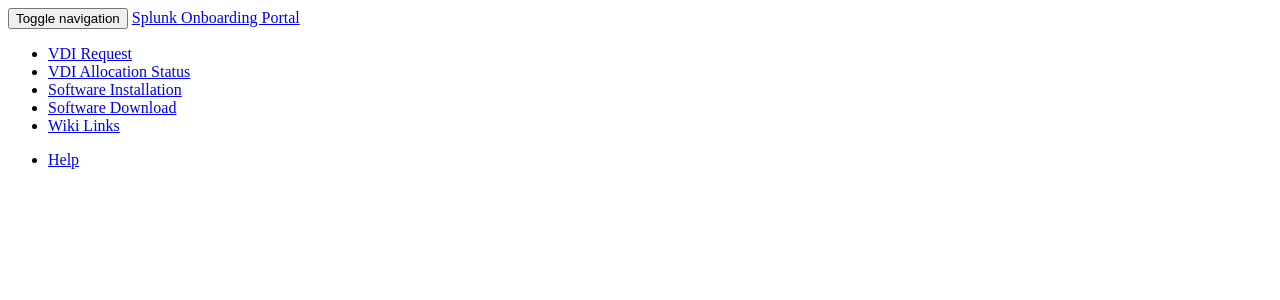
Repository: SumanpreetJhinjer/automationTosca
Page: JB_Workspace/SSINFRAP/WebContent/Header.html
These files come from the project's save history. The page is drawn as it stood at one moment and after the next save; the edit follows.
The browser window is 1280 px wide. The pictures show the whole page.

Above is the page before, as saved 2019-02-05 22:37:37.

### JB_Workspace/SSINFRAP/WebContent/Header.html
<nav class="navbar navbar-inverse navbar-fixed-top ">
	<div class="container-fluid">
		<div class="navbar-header">
			<button type="button" data-target="#navbarCollapse"
				data-toggle="collapse" class="navbar-toggle">

				<span class="sr-only">Toggle navigation</span> <span
					class="icon-bar"></span> <span class="icon-bar"></span> <span
					class="icon-bar"></span>

			</button>
			<a class="navbar-brand" href="/SSINFRAP">Splunk Onboarding Portal</a>
		</div>
		<div id="navbarCollapse" class="collapse navbar-collapse">
			<ul class="nav navbar-nav">
				<li class="active"><a href="/SSINFRAP/vdiMachineRequest.html">VDI Request</a></li>
				<li class="active"><a href="/SSINFRAP/assignedStatus.html">VDI
						Allocation Status</a></li>

				<li class="active"><a href="/SSINFRAP/vdiSoftwareRequest.html">Software
						Installation</a></li>
				<li class="active"><a href="/SSINFRAP">Software Download</a></li>
				<li class="active"><a href="/SSINFRAP/infraWikiLinks.html">Wiki Links</a></li>


			</ul>
			<ul class="nav navbar-nav navbar-right">
				<li class="active"><a href="/SSINFRAP">Help<span class="glyphicon nav-glyphican glyphicon-info-sign"></span></a></li>
			</ul>
		</div>
	</div>
</nav>

After the next save:
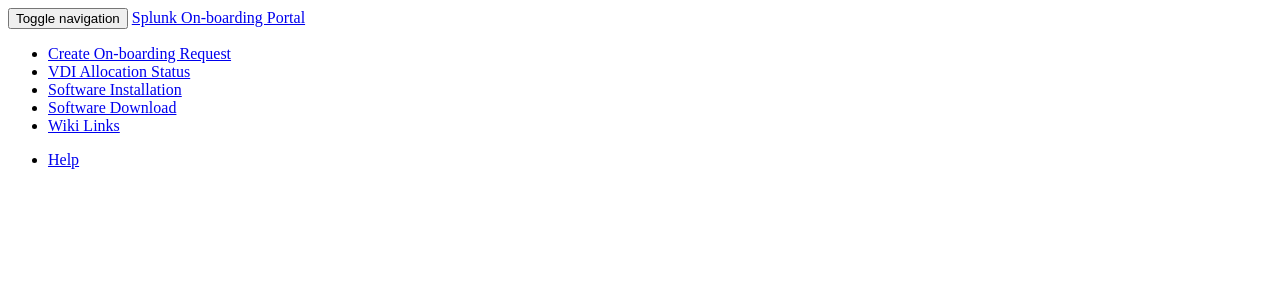
Saved 44 s later.
--- a/JB_Workspace/SSINFRAP/WebContent/Header.html
+++ b/JB_Workspace/SSINFRAP/WebContent/Header.html
@@ -9,11 +9,11 @@
 					class="icon-bar"></span>
 
 			</button>
-			<a class="navbar-brand" href="/SSINFRAP">Splunk Onboarding Portal</a>
+			<a class="navbar-brand" href="/SSINFRAP">Splunk On-boarding Portal</a>
 		</div>
 		<div id="navbarCollapse" class="collapse navbar-collapse">
 			<ul class="nav navbar-nav">
-				<li class="active"><a href="/SSINFRAP/vdiMachineRequest.html">VDI Request</a></li>
+				<li class="active"><a href="/SSINFRAP/vdiMachineRequest.html">Create On-boarding Request</a></li>
 				<li class="active"><a href="/SSINFRAP/assignedStatus.html">VDI
 						Allocation Status</a></li>
 
